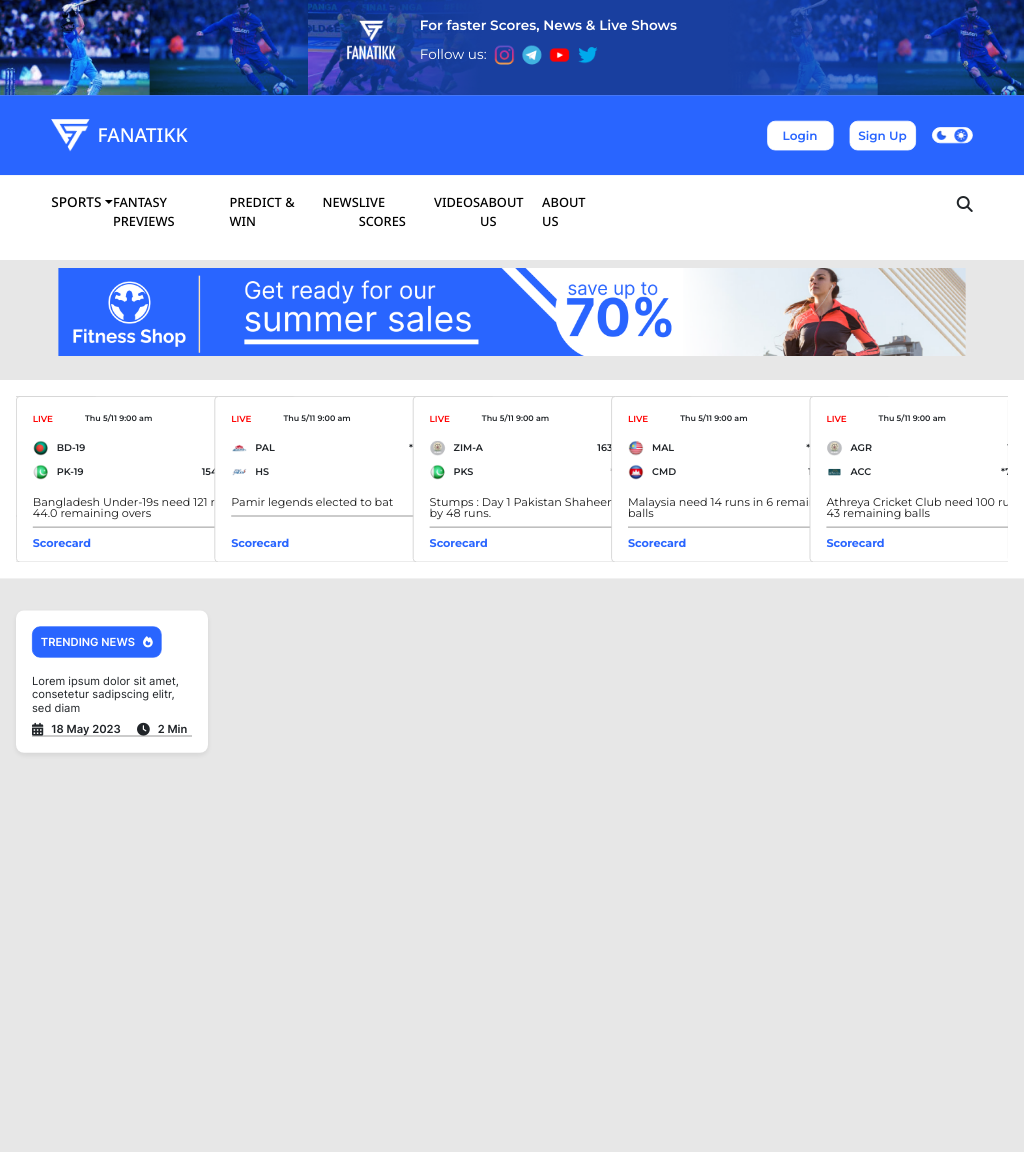
Repository: FlyweisReact/Kannapa
Page: /
The author's editor kept a copy of each file at every save. The page is drawn from the files as they stood at one save, then again after the next save.
The browser window is 1280 px wide. The pictures show the whole page, at 80% of full size.
Some web libraries are served in a nearby version. The project was rebuilt for these pictures with package versions that can differ from the ones it lists, and the page was loaded fresh each time. Also part of the build but not shown: src/Components/Layout/Footer.js, src/Components/Sliders/Index-video-Slider.js, src/Components/firstScreen.jsx, src/Components/secondScreen.jsx, src/Components/thirdScreen.jsx, src/Components/fourthScreen.jsx, src/CSS/Footer.css.

Above is the page before, as saved 2023-06-03 13:37:13.

After the next save:
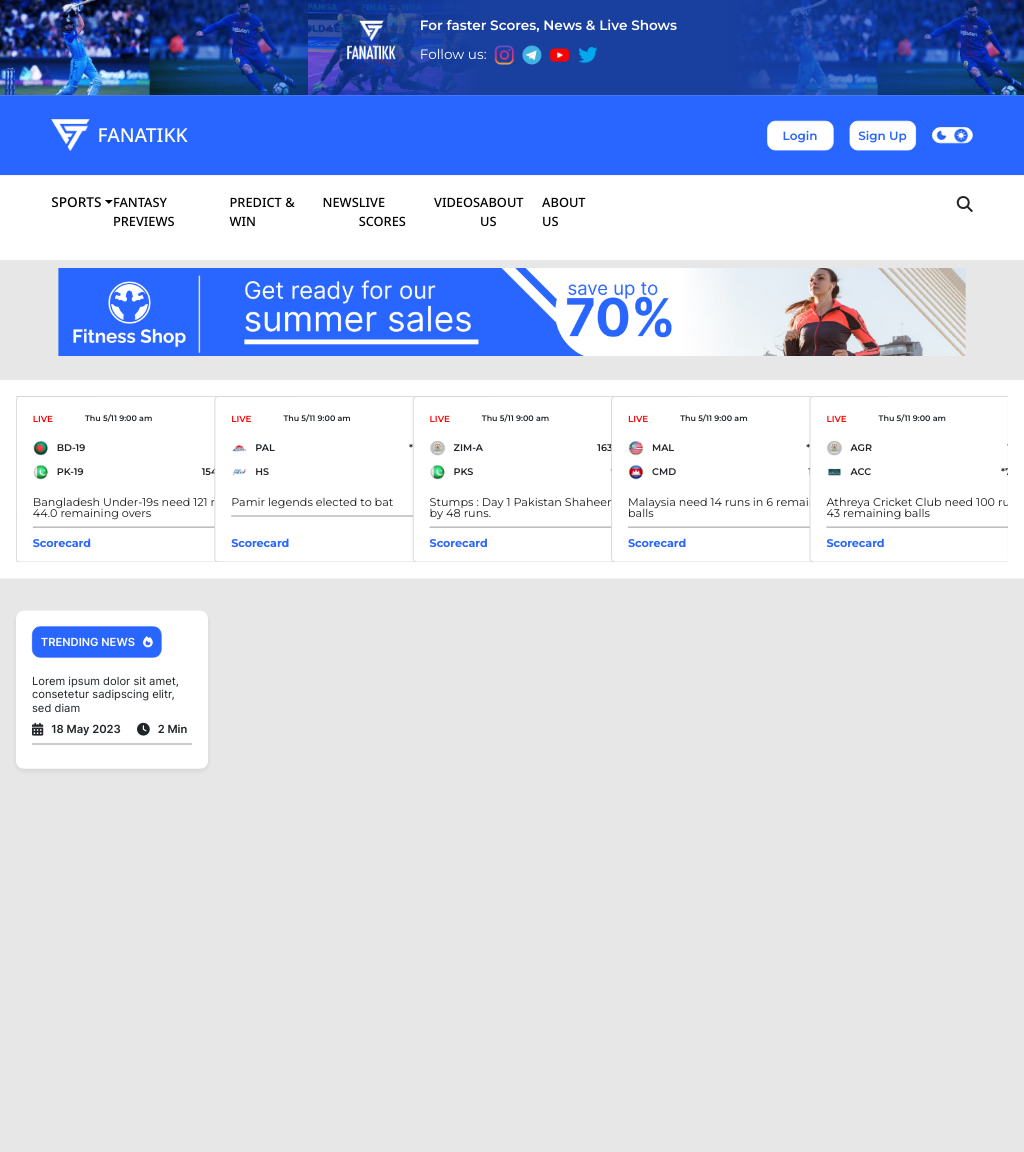
Saved 11 s later.
--- a/src/CSS/Component.css
+++ b/src/CSS/Component.css
@@ -357,4 +357,6 @@ line-height: 8px;
   width: 100%;
   height: 2px;
   background-color: #BFBFBF;
-}
+  margin-top: 10px;
+  margin-bottom: 10px;
+}
